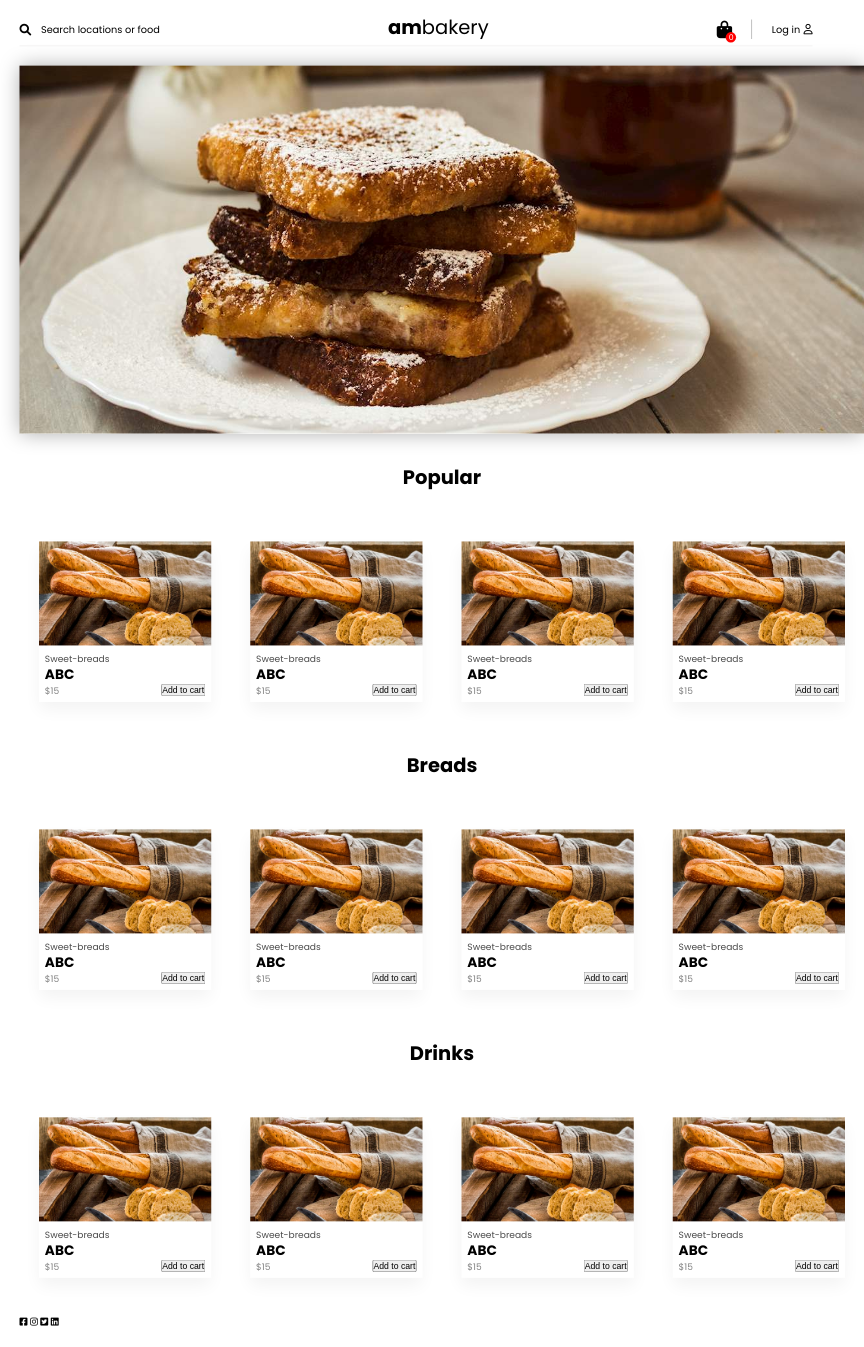
Repository: ntsanq/AmBakery
Page: khachhang/index.html
An editor plug-in stored every save of this project. The page is shown before and after the next save, followed by the edit.
The browser window is 1280 px wide. The page is 1330 px wide, so the pictures cover 1330 px, including what lies to the right of the window. The pictures show the whole page, at 65% of full size.

Above is the page before, as saved 2021-12-11 15:46:37.

### khachhang/index.html
<!DOCTYPE html>
<html lang="en">
<head>
  <meta charset="UTF-8">
  <meta http-equiv="X-UA-Compatible" content="IE=edge">
  <meta name="viewport" content="width=device-width, initial-scale=1.0">
  <title>Document</title>
  <!-- GOOGLE FONT  -->
  <link href="https://fonts.googleapis.com/css2?family=Poppins:wght@300;400;500;600;700&family=Roboto:wght@500&display=swap0" rel="stylesheet">
    <!-- FONTAWESOME  -->
    <link rel="stylesheet" href="https://cdnjs.cloudflare.com/ajax/libs/font-awesome/6.0.0-beta3/css/all.min.css" integrity="sha512-Fo3rlrZj/k7ujTnHg4CGR2D7kSs0v4LLanw2qksYuRlEzO+tcaEPQogQ0KaoGN26/zrn20ImR1DfuLWnOo7aBA==" crossorigin="anonymous" referrerpolicy="no-referrer" />
  <link rel="stylesheet" href="./css/style.css">
</head>
<body>
  <header>
    <div class="header__left">
      <button class="btn header__search__btn">
        <i class="fas fa-search"></i>
      </button>
      <span>Search locations or food</span>
    </div>
    <div class="header__middle">
      <a href="#" class="header__logo">
        <!-- <img src="img/ta-logo-tamni.png" alt="TasteAtlas">         -->
        <span><b>am</b>bakery</span>
      </a>
    </div>

    <div class="header__right">

      <!-- <a href="#" class="btn header__submit">
        <span>submit info or photo</span>
      </a> -->
      <div class="header__cart">
        <i class="fas fa-shopping-bag"></i>
        <span>0</span>
      </div>
      <div class="vertical-line"></div>
      <a href="#" class="header__login">
        <span>Log in</span>
        <i class="far fa-user"></i>
      </a>


    </div>
    </header>

    <div class="container">
      <div class="banner">
          <img src="img/banner-1.jpg" alt="Pain perdu">
      </div>
      <main>
        <div class="product">
          <h2 class="product__heading">Popular</h2>
          <div class="product_category">
            <div class="product__card">
              <div class="product__card--body">
                <div class="product__photo">
                  <a href="#">
                    <img src="img/product-1.jpg" alt="">
                  </a>
                </div>
                <div class="product__info">
                  <div class="product__info--text">
                    <div class="group">
                      <a href="#">Sweet-breads</a>
                    </div>
                    <h2>
                      <a href="">ABC</a>
                    </h2>
                    <div class="price">
                      <span>$15</span>

                    </div>
                  </div>
                  <div class="product__cart">
                    <button class="product__cart--btn">Add to cart</button>
                  </div>
                </div>
              </div>
            </div>
            <div class="product__card">
              <div class="product__card--body">
                <div class="product__photo">
                  <a href="#">
                    <img src="img/product-1.jpg" alt="">
                  </a>
                </div>
                <div class="product__info">
                  <div class="product__info--text">
                    <div class="group">
                      <a href="#">Sweet-breads</a>
                    </div>
                    <h2>
                      <a href="">ABC</a>
                    </h2>
                    <div class="price">
                      <span>$15</span>

                    </div>
                  </div>
                  <div class="product__cart">
                    <button class="product__cart--btn">Add to cart</button>
                  </div>
                </div>
              </div>
            </div>
            <div class="product__card">
              <div class="product__card--body">
                <div class="product__photo">
                  <a href="#">
                    <img src="img/product-1.jpg" alt="">
                  </a>
                </div>
                <div class="product__info">
                  <div class="product__info--text">
                    <div class="group">
                      <a href="#">Sweet-breads</a>
                    </div>
                    <h2>
                      <a href="">ABC</a>
                    </h2>
                    <div class="price">
                      <span>$15</span>

                    </div>
                  </div>
                  <div class="product__cart">
                    <button class="product__cart--btn">Add to cart</button>
                  </div>
                </div>
              </div>
            </div>
            <div class="product__card">
              <div class="product__card--body">
                <div class="product__photo">
                  <a href="#">
                    <img src="img/product-1.jpg" alt="">
                  </a>
                </div>
                <div class="product__info">
                  <div class="product__info--text">
                    <div class="group">
                      <a href="#">Sweet-breads</a>
                    </div>
                    <h2>
                      <a href="">ABC</a>
                    </h2>
                    <div class="price">
                      <span>$15</span>

                    </div>
                  </div>
                  <div class="product__cart">
                    <button class="product__cart--btn">Add to cart</button>
                  </div>
                </div>
              </div>
            </div>
          </div>
        </div>
        <div class="product">
          <h2 class="product__heading">Breads</h2>
          <div class="product_category">
            <div class="product__card">
              <div class="product__card--body">
                <div class="product__photo">
                  <a href="#">
                    <img src="img/product-1.jpg" alt="">
                  </a>
                </div>
                <div class="product__info">
                  <div class="product__info--text">
                    <div class="group">
                      <a href="#">Sweet-breads</a>
                    </div>
                    <h2>
                      <a href="">ABC</a>
                    </h2>
                    <div class="price">
                      <span>$15</span>

                    </div>
                  </div>
                  <div class="product__cart">
                    <button class="product__cart--btn">Add to cart</button>
                  </div>
                </div>
              </div>
            </div>
            <div class="product__card">
              <div class="product__card--body">
                <div class="product__photo">
                  <a href="#">
                    <img src="img/product-1.jpg" alt="">
                  </a>
                </div>
                <div class="product__info">
                  <div class="product__info--text">
                    <div class="group">
                      <a href="#">Sweet-breads</a>
                    </div>
                    <h2>
                      <a href="">ABC</a>
                    </h2>
                    <div class="price">
                      <span>$15</span>

                    </div>
                  </div>
                  <div class="product__cart">
                    <button class="product__cart--btn">Add to cart</button>
                  </div>
                </div>
              </div>
            </div>
            <div class="product__card">
              <div class="product__card--body">
                <div class="product__photo">
                  <a href="#">
                    <img src="img/product-1.jpg" alt="">
                  </a>
                </div>
                <div class="product__info">
                  <div class="product__info--text">
                    <div class="group">
                      <a href="#">Sweet-breads</a>
                    </div>
                    <h2>
                      <a href="">ABC</a>
                    </h2>
                    <div class="price">
                      <span>$15</span>

                    </div>
                  </div>
                  <div class="product__cart">
                    <button class="product__cart--btn">Add to cart</button>
                  </div>
                </div>
              </div>
            </div>
            <div class="product__card">
              <div class="product__card--body">
                <div class="product__photo">
                  <a href="#">
                    <img src="img/product-1.jpg" alt="">
                  </a>
                </div>
                <div class="product__info">
                  <div class="product__info--text">
                    <div class="group">
                      <a href="#">Sweet-breads</a>
                    </div>
                    <h2>
                      <a href="">ABC</a>
                    </h2>
                    <div class="price">
                      <span>$15</span>

                    </div>
                  </div>
                  <div class="product__cart">
                    <button class="product__cart--btn">Add to cart</button>
                  </div>
                </div>
              </div>
            </div>
          </div>
        </div>
        <div class="product">
          <h2 class="product__heading">Drinks</h2>
          <div class="product_category">
            <div class="product__card">
              <div class="product__card--body">
                <div class="product__photo">
                  <a href="#">
                    <img src="img/product-1.jpg" alt="">
                  </a>
                </div>
                <div class="product__info">
                  <div class="product__info--text">
                    <div class="group">
                      <a href="#">Sweet-breads</a>
                    </div>
                    <h2>
                      <a href="">ABC</a>
                    </h2>
                    <div class="price">
                      <span>$15</span>

                    </div>
                  </div>
                  <div class="product__cart">
                    <button class="product__cart--btn">Add to cart</button>
                  </div>
                </div>
              </div>
            </div>
            <div class="product__card">
              <div class="product__card--body">
                <div class="product__photo">
                  <a href="#">
                    <img src="img/product-1.jpg" alt="">
                  </a>
                </div>
                <div class="product__info">
                  <div class="product__info--text">
                    <div class="group">
                      <a href="#">Sweet-breads</a>
                    </div>
                    <h2>
                      <a href="">ABC</a>
                    </h2>
                    <div class="price">
                      <span>$15</span>

                    </div>
                  </div>
                  <div class="product__cart">
                    <button class="product__cart--btn">Add to cart</button>
                  </div>
                </div>
              </div>
            </div>
            <div class="product__card">
              <div class="product__card--body">
                <div class="product__photo">
                  <a href="#">
                    <img src="img/product-1.jpg" alt="">
                  </a>
                </div>
                <div class="product__info">
                  <div class="product__info--text">
                    <div class="group">
                      <a href="#">Sweet-breads</a>
                    </div>
                    <h2>
                      <a href="">ABC</a>
                    </h2>
                    <div class="price">
                      <span>$15</span>

                    </div>
                  </div>
                  <div class="product__cart">
                    <button class="product__cart--btn">Add to cart</button>
                  </div>
                </div>
              </div>
            </div>
            <div class="product__card">
              <div class="product__card--body">
                <div class="product__photo">
                  <a href="#">
                    <img src="img/product-1.jpg" alt="">
                  </a>
                </div>
                <div class="product__info">
                  <div class="product__info--text">
                    <div class="group">
                      <a href="#">Sweet-breads</a>
                    </div>
                    <h2>
                      <a href="">ABC</a>
                    </h2>
                    <div class="price">
                      <span>$15</span>

                    </div>
                  </div>
                  <div class="product__cart">
                    <button class="product__cart--btn">Add to cart</button>
                  </div>
                </div>
              </div>
            </div>
          </div>
        </div>
      </main>
    </div>
  <footer>
    <div class="social__contact">
      <i class="fab fa-facebook-square"></i>
      <i class="fab fa-instagram"></i>
      <i class="fab fa-twitter-square"></i>
      <i class="fab fa-linkedin"></i>
    </div>
  </footer>
</body>
</html>

### khachhang/css/style.css
* {
  margin: 0;
  padding: 0;
}

*,
*::before,
*::after {
  box-sizing: inherit;
}

html {
  box-sizing: border-box;
  font-size: 62.5%;
}


body {
  font-family: "Poppins", sans-serif;
  font-weight: 400;
  line-height: 1.6rem;
  font-size: 1.4rem;
  margin: 3rem;
  position: relative;
  background-color: #fff;
}

header{
  width: 100%;
  font-family: inherit;
  display: flex;
  justify-content: space-between;
  align-items: center;
  font-size: 1.5rem;
  padding-bottom: 1rem;
  border-bottom: 1px solid rgba(221, 218, 218, 0.445);
}
a{
  text-decoration: none;
  color: black;
}
.vertical-line{
  width: 1px; /* Line width */
  background-color: rgba(0, 0, 0, 0.377); /* Line color */
  height: 3rem;
}
/* HEADER */
.btn{
  border: none;
  background-color: transparent;
}
.header__left{
  display: flex;
  justify-content: center;
  align-items: center;
  gap: 0 1.5rem;
}
.fa-search{
  font-size: 1.8rem;

}
.header__logo span{
  font-size: 3rem;
}
/* .header__logo img{
  width: 12.8rem;
  height: 2.8rem;
} */
.header__submit{
  border: 1px solid rgba(204, 204, 204, 0.555);
  padding: 1rem 2rem;
}
.header__right{
  display: flex;
  justify-content: center;
  align-items: center;
  gap: 0 3rem;
}
/* .header__submit span{
  text-transform: uppercase;
  font-family: "Roboto",sans-serif;
  font-weight: 500;
  display: inline-block;
  vertical-align: center;
} */
.header__login{
  display: flex;
  justify-content: center;
  align-items: center;
  gap: 0 0.5rem;
}
.fa-user{
  font-size: 1.6rem;
}
.header__cart{
  position: relative;
}
.header__cart span{
  font-size: 1.2rem;
  position: absolute;
  right: 0;
  bottom: 0;
  transform: translate(40%,40%);
  z-index: 100000;
  width: 1.6rem;
  height: 1.6rem;
  border-radius: 100rem;
  background-color: red;
  color: #fff;
  display: flex;
  justify-content: center;
  align-items: center;
}
.fa-shopping-bag{
  font-size: 2.7rem;
}

/* ///////////////////////////////////////////////
////////////////////// BANNER */
.container{
  width: 130rem;
  margin: 3rem auto;

}
.banner{
  display: flex;
  justify-content: center;
  align-items: center;
}
.banner img{
  box-shadow: 0rem 0rem 3rem 0rem  rgba(0, 0, 0, 0.336)
}

/* /////////////////////////////////////
///////////////////////// PRODUCT CATEGORY */

.product{
  display: flex;
  justify-content: center;
  align-items: center;
  flex-direction: column;
}
.product__heading{
  font-size: 3rem;
  margin: 6rem;
}
.product_category{
  display: flex;
  justify-content: space-between;
  align-items: center;
}
.product__card{
  padding: 3rem;
  color: #828282;
}
.product__card--body{
  display: flex;
  justify-content: center;
  align-items: flex-start;
  flex-direction: column;
  background-color: #fff;
  box-shadow: 0 1.3rem 2.4rem 0 rgb(0 0 0 / 5%);
}
.product__photo img{
  width: 100%;
  height: 16rem;
}
.product__info{
align-self: stretch;
display: flex;
justify-content: center;
align-items: flex-start;
flex-direction: column;
gap: 1.5rem 0;
margin: .9rem;
position: relative;
}
.product__info--text{
  display: flex;
  justify-content: center;
  align-items: flex-start;
  flex-direction: column;
  gap: .9rem 0;
}
.group a{
  color: rgb(75, 75, 75);
}
.price{

}
.product__cart{
  position: absolute;
  right: 0;
  bottom: 0;
}
.product__cart--btn{

}

After the next save:
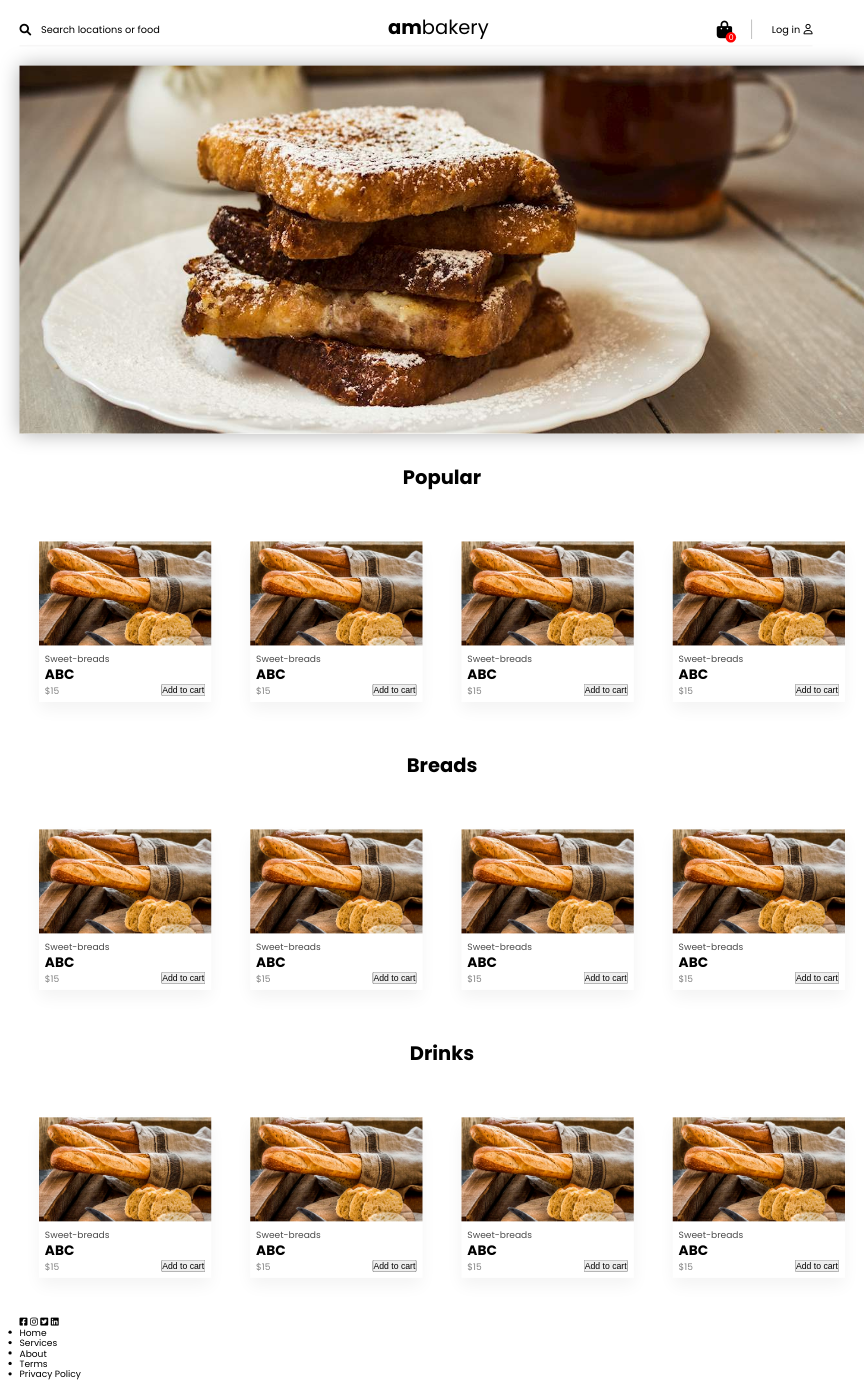
Saved 98 s later.
--- a/khachhang/index.html
+++ b/khachhang/index.html
@@ -386,6 +386,15 @@
       <i class="fab fa-twitter-square"></i>
       <i class="fab fa-linkedin"></i>
     </div>
+    <div class="footer__nav">
+      <ul class="nav__list">
+        <li class="nav__list-item">Home</li>
+        <li class="nav__list-item">Services</li>
+        <li class="nav__list-item">About</li>
+        <li class="nav__list-item">Terms</li>
+        <li class="nav__list-item">Privacy Policy</li>
+      </ul>
+    </div>
   </footer>
 </body>
 </html>
